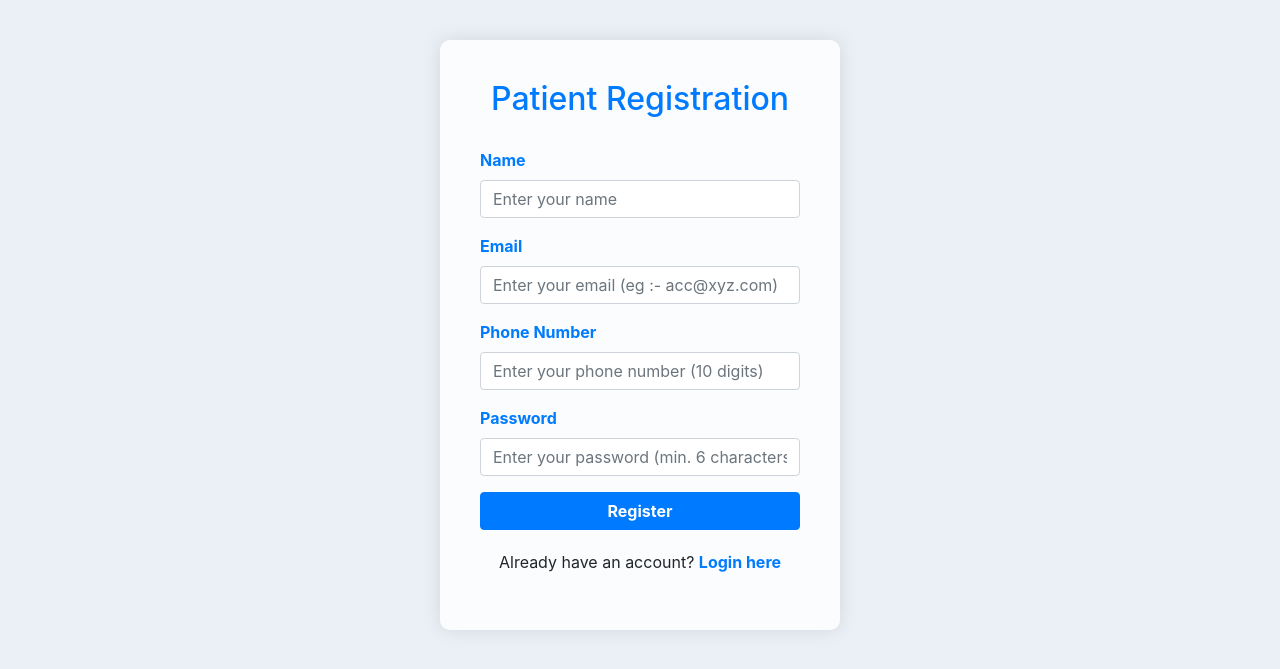
Repository: MohaseenAli/mediSlot
Page: http://localhost/mediSlot/patient_regestration.jsp
These files come from the project's save history. The page is drawn as it stood at one moment and after the next save; the edit follows.
The browser window is 1280 px wide. The pictures show the whole page.
The page is served by Tomcat 10. Other server files are loaded and not shown.

Above is the page before, as saved 2024-04-21 12:58:46.

### mediSlot/src/main/webapp/patient_regestration.jsp
<%@ page language="java" contentType="text/html; charset=UTF-8"
	pageEncoding="UTF-8"%>
<%@ page session="true"%>
<!DOCTYPE html>
<html>
<head>
<meta charset="UTF-8" />
<meta name="viewport" content="width=device-width, initial-scale=1.0" />
<title>MediSlot</title>
<link href="assets/image/icon.png" rel="icon">
<!-- Bootstrap CSS -->
<link
	href="https://stackpath.bootstrapcdn.com/bootstrap/4.5.2/css/bootstrap.min.css"
	rel="stylesheet" />
<!-- Custom CSS -->
<style>
body {
	background-color: #eaf0f6; /* Light blue background */
	padding-top: 40px;
}

.form-container {
	max-width: 400px;
	margin: auto;
	background-color: rgba(255, 255, 255, 0.8);
	/* Semi-transparent white form background */
	padding: 40px;
	border-radius: 10px;
	box-shadow: 0 0 20px rgba(0, 0, 0, 0.1);
}

.form-container h2 {
	color: #007bff; /* Blue header text */
	text-align: center;
	margin-bottom: 30px;
}

.form-container .form-group label {
	color: #007bff; /* Blue label text */
	font-weight: bold;
}

.form-container .btn-primary {
	background-color: #007bff; /* Blue button background */
	border-color: #007bff;
	font-weight: bold;
	transition: background-color 0.3s;
}

.form-container .btn-primary:hover {
	background-color: #0056b3; /* Darker blue on hover */
	border-color: #0056b3;
}

.login-link {
	text-align: center;
	margin-top: 20px;
}

.login-link a {
	color: #007bff; /* Blue login link text */
	text-decoration: none;
	font-weight: bold;
	transition: color 0.3s;
}

.login-link a:hover {
	color: #0056b3; /* Darker blue on hover */
}
</style>
</head>
<body>
	<div class="container">
		<div class="form-container">
			<h2>Patient Registration</h2>
			<%
			String error = (String) session.getAttribute("regError");
			if (error != null) {
			%>
			<p style="color: red; display: flex; justify-content: center"><%=error%></p>
			<%
			session.removeAttribute("regError");
			}
			%>
			<form method=post action="patientRegestration">
				<div class="form-group">
					<label for="name">Name</label> <input type="text"
						class="form-control" id="name" name="name"
						placeholder="Enter your name" required />
				</div>
				<div class="form-group">
					<label for="email">Email</label> <input type="email"
						class="form-control" id="email" name="email"
						placeholder="Enter your email (eg :- acc@xyz.com)" required />
				</div>
				<div class="form-group">
					<label for="phone">Phone Number</label> <input type="tel"
						class="form-control" id="phone" name="phone" pattern="[1-9]{1}[0-9]{9}"
						placeholder="Enter your phone number (10 digits)" required />
				</div>
				<div class="form-group">
					<label for="password">Password</label> <input type="password"
						class="form-control" id="password" name="password" pattern=".{6,}"
						placeholder="Enter your password (min. 6 characters)" required />
				</div>
				<button type="submit" class="btn btn-primary btn-block">
					Register</button>
			</form>
			<div class="login-link">
				<p>
					Already have an account? <a href="patient_login.jsp">Login here</a>
				</p>
			</div>
		</div>
	</div>
</body>
</html>

After the next save:
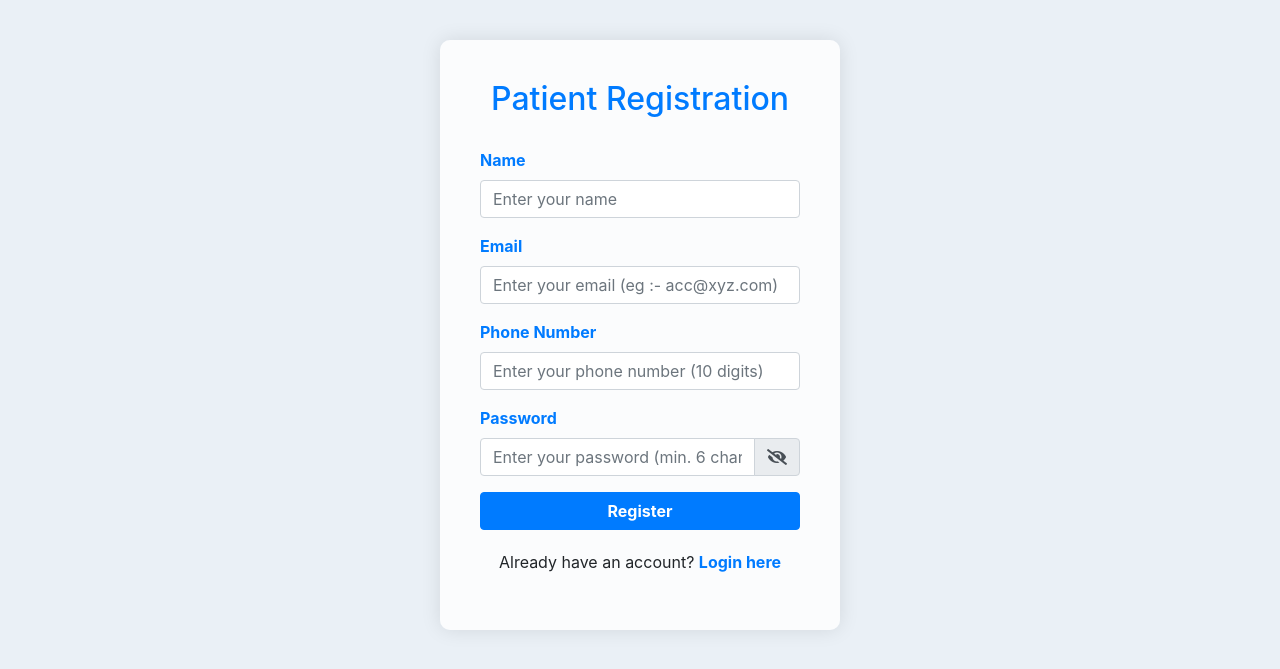
Saved 15 s later.
--- a/mediSlot/src/main/webapp/patient_regestration.jsp
+++ b/mediSlot/src/main/webapp/patient_regestration.jsp
@@ -10,8 +10,9 @@
 <link href="assets/image/icon.png" rel="icon">
 <!-- Bootstrap CSS -->
 <link
-	href="https://stackpath.bootstrapcdn.com/bootstrap/4.5.2/css/bootstrap.min.css"
-	rel="stylesheet" />
+	href="https://stackpath.bootstrapcdn.com/bootstrap/4.5.2/css/bootstrap.min.css" rel="stylesheet" />
+<!-- Font Awesome for eye icon -->
+<link href="https://cdnjs.cloudflare.com/ajax/libs/font-awesome/5.15.4/css/all.min.css" rel="stylesheet">
 <!-- Custom CSS -->
 <style>
 body {
@@ -98,11 +99,19 @@ body {
 						class="form-control" id="phone" name="phone" pattern="[1-9]{1}[0-9]{9}"
 						placeholder="Enter your phone number (10 digits)" required />
 				</div>
+
 				<div class="form-group">
-					<label for="password">Password</label> <input type="password"
-						class="form-control" id="password" name="password" pattern=".{6,}"
-						placeholder="Enter your password (min. 6 characters)" required />
-				</div>
+                    <label for="password">Password</label>
+                    <div class="input-group">
+                        <input type="password" class="form-control" id="password" name="password" pattern=".{5,}" placeholder="Enter your password (min. 6 characters)" required />
+                        <div class="input-group-append">
+                            <span class="input-group-text" id="togglePassword">
+                                <i class="fa fa-eye-slash" aria-hidden="true"></i>
+                            </span>
+                        </div>
+                    </div>
+                </div>
+
 				<button type="submit" class="btn btn-primary btn-block">
 					Register</button>
 			</form>
